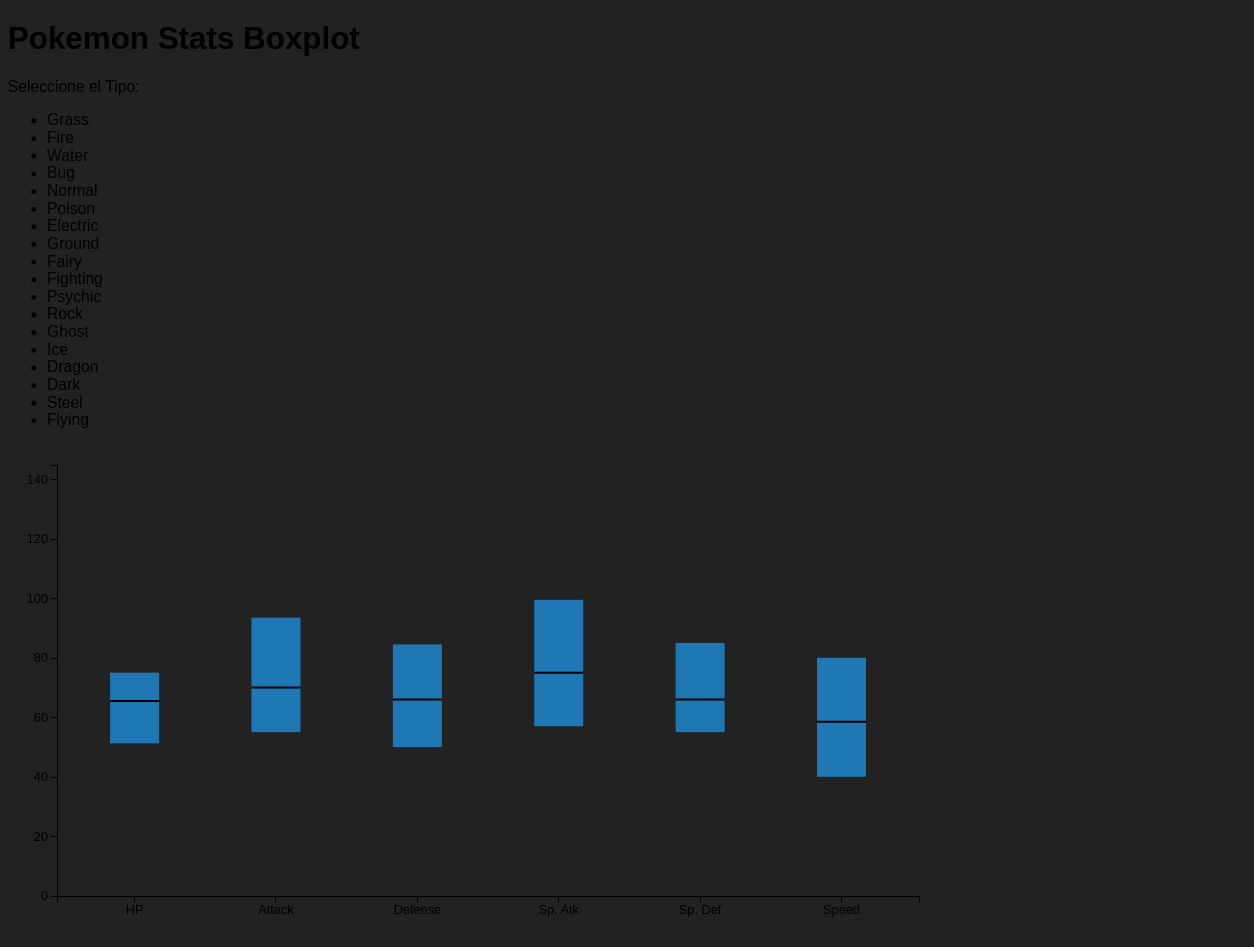
Repository: Cartterr/Proyecto-VisInfo
Page: Propuesta1_Tipos_Cajas.html
The author's editor kept a copy of each file at every save. The page is drawn from the files as they stood at one save, then again after the next save.
The browser window is 1280 px wide. The pictures show the whole page, at 98% of full size.

Above is the page before, as saved 2023-06-28 02:54:51.

### Propuesta1_Tipos_Cajas.html
<!DOCTYPE html>
<html>
<head>
    <meta charset="utf-8">
    <title>Pokemon Stats Boxplot</title>
    <script src="https://d3js.org/d3.v7.min.js"></script>
</head>

<body>
    <h1>Pokemon Stats Boxplot</h1>
    <link rel="stylesheet" href="Propuesta1_Tipos_Cajas.css">
    <style>

    </style>

    <div>
        <label for="typeSelect">Seleccione el Tipo:</label>
        <div class="type-list-container">
            <ul class="type-list" id="typeList"></ul>
        </div>
    </div>
    <div id="boxplot"></div>
    <div id="treemap"></div>
    <script src="Propuesta1_Tipos_Cajas.js"></script>
</body>
</html>

### Propuesta1_Tipos_Cajas.css
body {
    font-family: Arial, sans-serif;
    background-color: #222;
}

.box {
    fill: #1f77b4;
}

.median {
    stroke: black;
    stroke-width: 2px;
}

.axis text {
    font-size: 13px;
}

.axis line,
.axis path {
    fill: none;
    stroke: #000;
    shape-rendering: crispEdges;
}

### Propuesta1_Tipos_Cajas.js
d3.csv("pokemon.csv").then(data => {
    const types = Array.from(new Set(data.map(d => d["Type 1"])));
    const statNames = ["HP", "Attack", "Defense", "Sp. Atk", "Sp. Def", "Speed"];

    const margin = { top: 20, right: 30, bottom: 40, left: 50 },
        width = 960 - margin.left - margin.right,
        height = 500 - margin.top - margin.bottom;

    const svg = d3.select("#boxplot")
        .append("svg")
        .attr("width", width + margin.left + margin.right)
        .attr("height", height + margin.top + margin.bottom)
        .append("g")
        .attr("transform", `translate(${margin.left},${margin.top})`);

    const x = d3.scaleBand()
        .range([0, width])
        .padding(0.1);

    const y = d3.scaleLinear()
        .range([height, 0]);

    const xAxis = d3.axisBottom(x);
    const yAxis = d3.axisLeft(y);

    svg.append("g")
        .attr("class", "axis x-axis")
        .attr("transform", `translate(0,${height})`)
        .call(xAxis);

    svg.append("g")
        .attr("class", "axis y-axis")
        .call(yAxis);

    const updateBoxPlot = (selectedType) => {
        const typeData = data.filter(d => d["Type 1"] === selectedType);

        const typeStats = statNames.map(stat => typeData.map(d => +d[stat]));

        x.domain(statNames);
        y.domain([0, d3.max(typeStats, d => d3.max(d))]);

        svg.select(".x-axis")
            .call(xAxis);

        svg.select(".y-axis")
            .transition()
            .duration(250)
            .call(yAxis);

        const boxWidth = Math.min(50, x.bandwidth());

        svg.selectAll(".box")
            .data(typeStats)
            .join("rect")
            .transition()
            .duration(450)
            .attr("class", "box")
            .attr("x", (d, i) => x(statNames[i]) + (x.bandwidth() - boxWidth) / 2)
            .attr("width", boxWidth)
            .attr("y", d => y(d3.quantile(d, 0.75)))
            .attr("height", d => y(d3.quantile(d, 0.25)) - y(d3.quantile(d, 0.75)));

        typeList.selectAll("li")
            .classed("selected", d => d === selectedType);

        svg.selectAll(".median")
            .data(typeStats)
            .join("line")
            .transition()
            .duration(450)
            .attr("class", "median")
            .attr("x1", (d, i) => x(statNames[i]) + (x.bandwidth() - boxWidth) / 2)
            .attr("x2", (d, i) => x(statNames[i]) + (x.bandwidth() + boxWidth) / 2)
            .attr("y1", d => y(d3.median(d)))
            .attr("y2", d => y(d3.median(d)));
    };



    const typeList = d3.select("#typeList");
    typeList.selectAll("li")
        .data(types)
        .enter()
        .append("li")
        .text(d => d)
        .on("click", function () {
            const selectedType = d3.select(this).text();
            updateBoxPlot(selectedType);
        });

    // Initialize with the first type
    updateBoxPlot(types[0]);
});

After the next save:
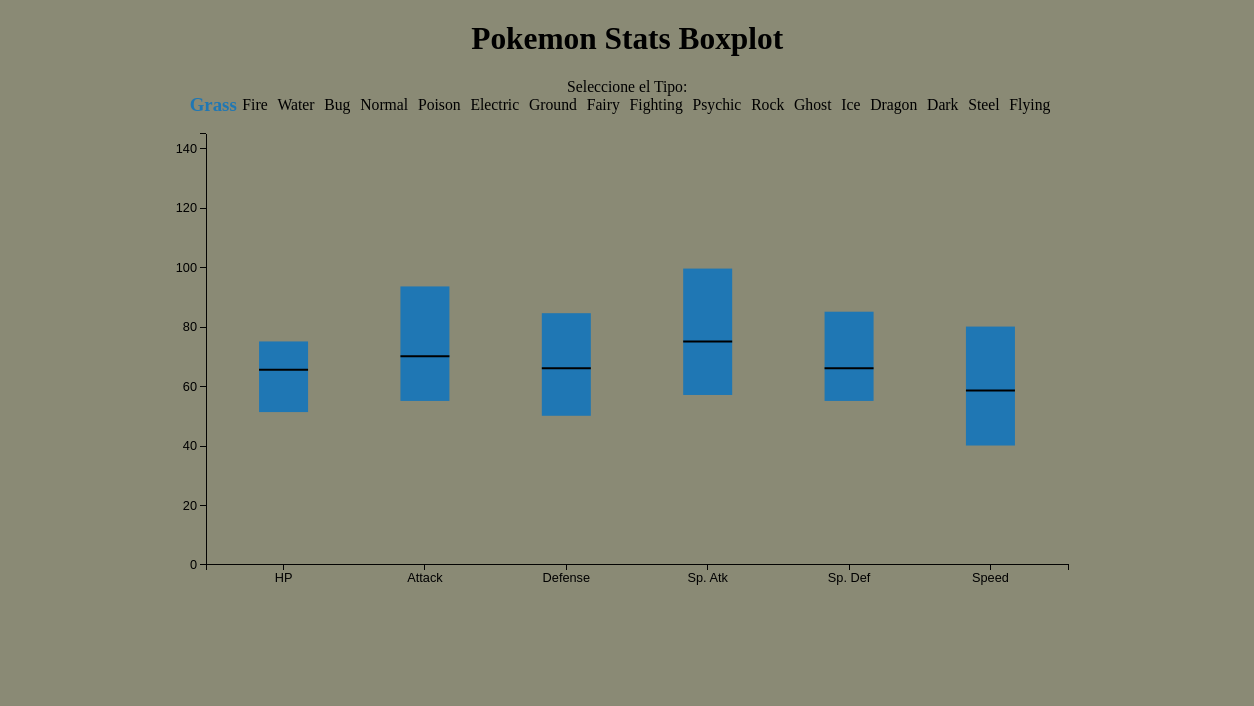
Saved 4 s later.
--- a/Propuesta1_Tipos_Cajas.css
+++ b/Propuesta1_Tipos_Cajas.css
@@ -1,10 +1,37 @@
 body {
-    font-family: Arial, sans-serif;
-    background-color: #222;
+    margin: 0 auto;
+    background-color: #8a8a75;
+    max-width: 80%;
+    min-width: 500px;
+    text-align: center;
 }
 
 .box {
     fill: #1f77b4;
+    cursor: pointer;
+    position: relative; /* Agregado */
+}
+
+.box:hover {
+    fill: #456b86;
+}
+
+.tooltip {
+    position: absolute;
+    background-color: #fff;
+    border: 1px solid #ccc;
+    padding: 10px;
+    pointer-events: none;
+    opacity: 0;
+    transition: opacity 0.3s ease-in-out;
+    top: -40px; /* Agregado */
+    left: 0; /* Agregado */
+    width: 100px; /* Agregado */
+    text-align: center; /* Agregado */
+}
+
+.box:hover .tooltip {
+    opacity: 1;
 }
 
 .median {
@@ -22,3 +49,48 @@
     stroke: #000;
     shape-rendering: crispEdges;
 }
+
+.type-list-container {
+    overflow-x: auto;
+    display: flex;
+    justify-content: center;
+}
+
+.type-list {
+    display: flex;
+    white-space: nowrap;
+    padding: 0;
+    margin: 0;
+    list-style-type: none;
+}
+
+.type-list li {
+    margin-right: 10px;
+    transition: transform 0.3s;
+}
+
+.type-list li:hover {
+    transform: scale(1.1);
+}
+
+.type-list li.selected {
+    transform: scale(1.2);
+    font-weight: bold;
+    color: #1f77b4;
+}
+
+.type-list-container {
+    overflow-x: auto;
+}
+
+.type-list {
+    display: flex;
+    white-space: nowrap;
+    padding: 0;
+    margin: 0;
+    list-style-type: none;
+}
+
+.type-list li {
+    margin-right: 10px;
+}
